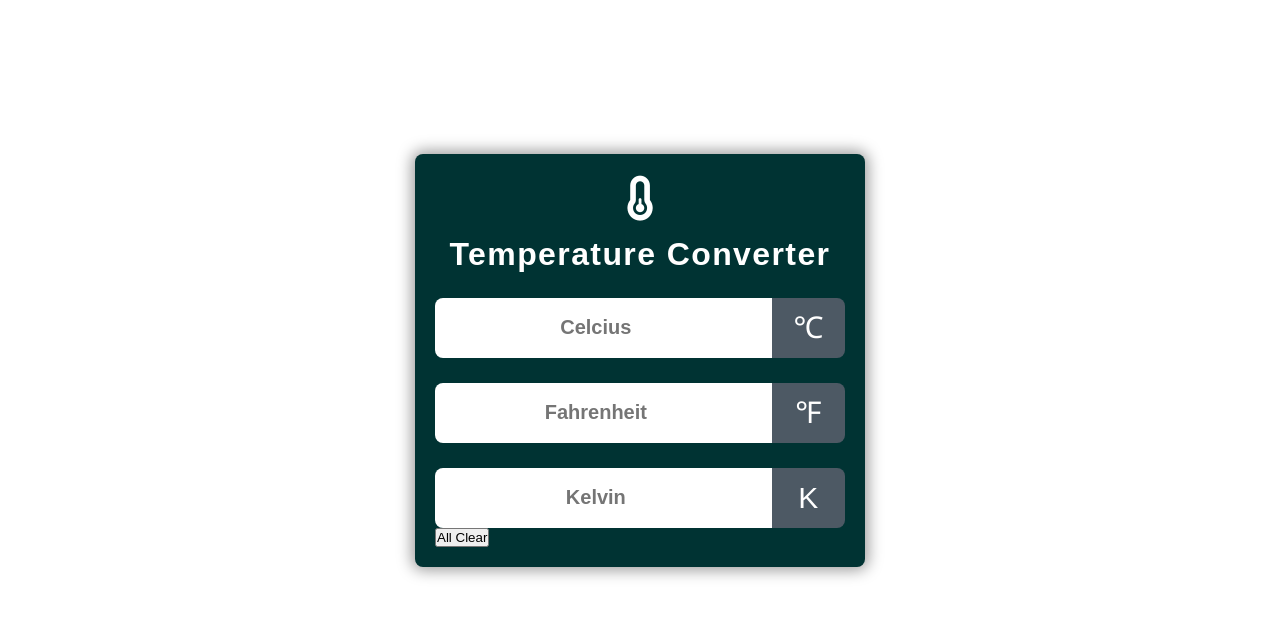
Repository: kiranjeetkaur01/tempconverter.github.io
Page: index.html
The author's editor kept a copy of each file at every save. The page is drawn from the files as they stood at one save, then again after the next save.
The browser window is 1280 px wide. The pictures show the whole page.

Above is the page before, as saved 2023-09-27 12:54:19.

After the next save:
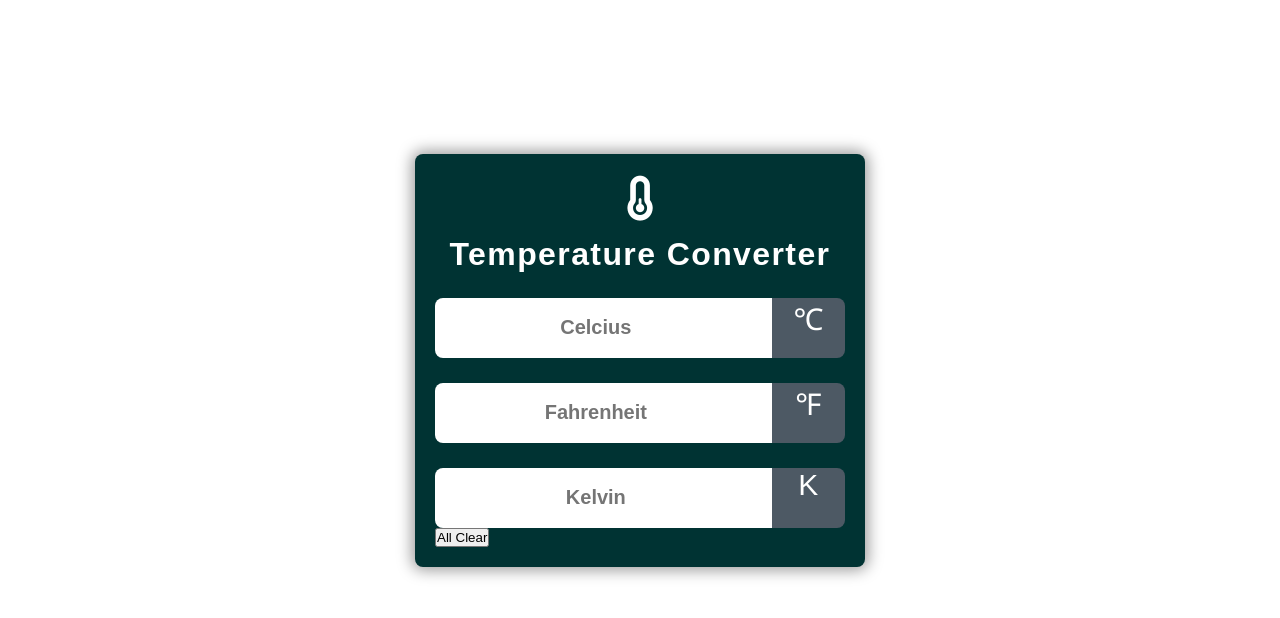
Saved 18 s later.
--- a/style.css
+++ b/style.css
@@ -56,7 +56,7 @@ input {
 .icon {
   flex: 1;
   height: 60px;
-  line-height: 60px;
+  /* line-height: 60px;  */
   padding: 0 5px;
   text-align: center;
   font-size: 30px;
